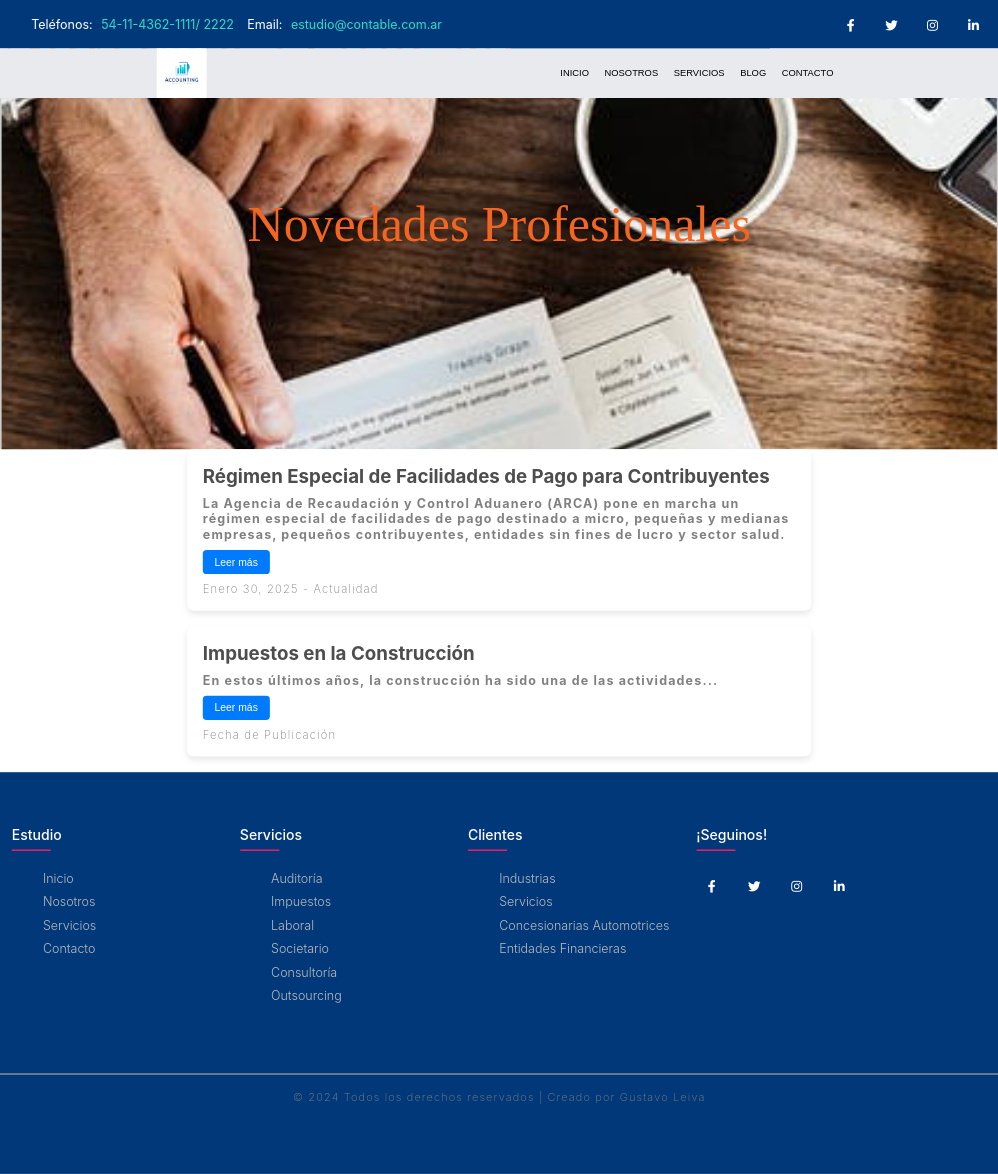
Repository: Gustavo-Leiva/estudioContable
Page: html/blog.html
These files come from the project's save history. The page is drawn as it stood at one moment and after a run of saves; the edit follows.
The browser window is 1280 px wide. The pictures show the whole page, at 78% of full size.
Some web libraries are served in a nearby version.

Above is the page before, as saved 2025-01-31 18:20:34.

### html/blog.html
<!DOCTYPE html>
<html lang="en">
<head>
    <meta charset="UTF-8">
    <meta name="viewport" content="width=device-width, initial-scale=1.0">
    <title>Blog</title>
    <script src="https://kit.fontawesome.com/363b4ef9d0.js" crossorigin="anonymous"></script>
    <link rel="stylesheet" type="text/css" href="https://cdnjs.cloudflare.com/ajax/libs/font-awesome/6.0.0/css/all.min.css">
    <link rel="stylesheet" type="text/css" href="/css/style.css">
    <script src="../js/app.js"></script>
    <script src="../js/app1.js"></script>
</head>
<body>
    <header id="home" class="header">
        <nav class="nav">
            <div class="container-all">
                <div class="container-contacto">
                    <div class="contacto">
                        <ul class="nav-contacto">
                            <li>
                                <span class="contac">Teléfonos:</span>
                                <a href="#" class="phone">54-11-4362-1111/ 2222</a>
                            </li>
                            <li>
                                <span class="contac">Email:</span>
                                <a href="#" class="email">estudio@contable.com.ar</a>
                            </li>
                        </ul>
                    </div>
                    <div class="social-links">
                        <a href="#"><i class="fab fa-facebook-f"></i></a>
                        <a href="#"><i class="fab fa-twitter"></i></a>
                        <a href="#"><i class="fab fa-instagram"></i></a>
                        <a href="#"><i class="fab fa-linkedin-in"></i></a>
                    </div>
                </div>
                <div class="nav-items">
                    <img src="../img/logo2.jpg" alt="Logo del estudio" class="imagen-logo">
                    <button id="abrir" class="abrir-menu"><i class="fas fa-bars"></i></button>
                    <div class="nav-menu" id="nav">
                        <button id="cerrar" class="cerrar-menu"><i class="fa-solid fa-xmark"></i></button>
                        <ul class="nav-list">
                            <li class="menu-item"><a href="/index.html">Inicio</a></li>
                            <li class="menu-item"><a href="/html/nosotros.html">Nosotros</a></li>
                            <li class="menu-item"><a href="/html/servicios.html">Servicios</a></li>
                            <li class="menu-item"><a href="/html/blog.html">Blog</a></li>
                            <li class="menu-item"><a href="/html/contacto.html">Contacto</a></li>
                        </ul>
                    </div>
                </div>
            </div>
        </nav>
    </header>

    <section class="imagenContenedora" id="imagenContenedora">
        <img class="contenedoraBlog" src="../img/blog.jpg" alt="Imagen de blog">
        <h1 class="leyenda">Novedades Profesionales</h1>
    </section>

    <!-- Contenedor donde se cargarán dinámicamente los artículos -->
    <section id="blog-container" class="blog-container"></section>

    <footer class="footer">
        <div class="footer-container">
            <div class="row">
                <div class="footer-col">
                    <h4 class="title">Estudio</h4>
                    <ul>
                        <li><a href="#">Inicio</a></li>
                        <li><a href="#">Nosotros</a></li>
                        <li><a href="#">Servicios</a></li>
                        <li><a href="#">Contacto</a></li>
                    </ul>
                </div>
                <div class="footer-col">
                    <h4 class="title">Servicios</h4>
                    <ul>
                        <li><a href="#">Auditoría</a></li>
                        <li><a href="#">Impuestos</a></li>
                        <li><a href="#">Laboral</a></li>
                        <li><a href="#">Societario</a></li>
                        <li><a href="#">Consultoría</a></li>
                        <li><a href="#">Outsourcing</a></li>
                    </ul>
                </div>
                <div class="footer-col">
                    <h4 class="title">Clientes</h4>
                    <ul>
                        <li><a href="#">Industrias</a></li>
                        <li><a href="#">Servicios</a></li>
                        <li><a href="#">Concesionarias automotrices</a></li>
                        <li><a href="#">Entidades Financieras</a></li>
                    </ul>
                </div>
                <div class="footer-col footer-links">
                    <h4 class="title">¡Seguinos!</h4>
                    <div class="social-links">
                        <a href="#"><i class="fab fa-facebook-f"></i></a>
                        <a href="#"><i class="fab fa-twitter"></i></a>
                        <a href="#"><i class="fab fa-instagram"></i></a>
                        <a href="#"><i class="fab fa-linkedin-in"></i></a>
                    </div>
                </div>
            </div>
        </div>
        <hr>
        <p class="derechos">&copy; 2024 Todos los derechos reservados | Creado por Gustavo Leiva</p>
    </footer>


</body>
</html>

### js/app1.js
document.addEventListener("DOMContentLoaded", function () {
    // Cargar artículos desde el archivo JSON
    fetch("../js/articulos.json")
        .then(response => response.json())  // Convertir la respuesta a JSON
        .then(data => {
            const contenedor = document.querySelector(".blog-container");  // Contenedor donde se mostrarán las tarjetas

            // Iterar sobre los artículos y crear una tarjeta para cada uno
            data.forEach(articulo => {
                const card = document.createElement("div");  // Crear un nuevo contenedor para cada artículo
                card.classList.add("blog-card");  // Añadir clase de estilo a la tarjeta

                // Insertar el contenido de cada artículo dentro de la tarjeta sin los comentarios incorrectos
                card.innerHTML = `
                    <h2>${articulo.titulo}</h2>  <!-- Título del artículo -->
                    <p class="summary">${articulo.resumen}</p>  <!-- Resumen del artículo -->
                    <p class="full-content" style="display: none;">${articulo.contenido}</p>  <!-- Contenido completo (oculto inicialmente) -->
                    <button class="read-more">Leer más</button>  <!-- Botón para mostrar/ocultar el contenido -->
                    <p class="date">${articulo.fecha}</p>  <!-- Fecha de publicación -->
                `;

                contenedor.appendChild(card);  // Añadir la tarjeta al contenedor de artículos
            });

            // Llamar a la función para activar los botones "Leer más"
            inicializarBotones();
        })
        .catch(error => console.error("Error cargando los artículos:", error));  // Manejo de errores

        function inicializarBotones() {
            const botones = document.querySelectorAll('.read-more');

            botones.forEach(button => {
                button.addEventListener('click', function() {
                    const contenido = this.previousElementSibling;  // Obtener el contenido completo
                    if (contenido.style.display === "none") {
                        contenido.style.display = "block";  // Mostrar contenido
                        this.textContent = "Leer menos";  // Cambiar el texto del botón
                    } else {
                        contenido.style.display = "none";  // Ocultar contenido
                        this.textContent = "Leer más";  // Cambiar el texto del botón
                    }
                });
            });
        }
});

Loaded but not shown: js/articulos.json (16 lines, source omitted); js/app.js (25 lines, source omitted); css/style.css (1295 lines, source omitted)

After the next 2 saves:
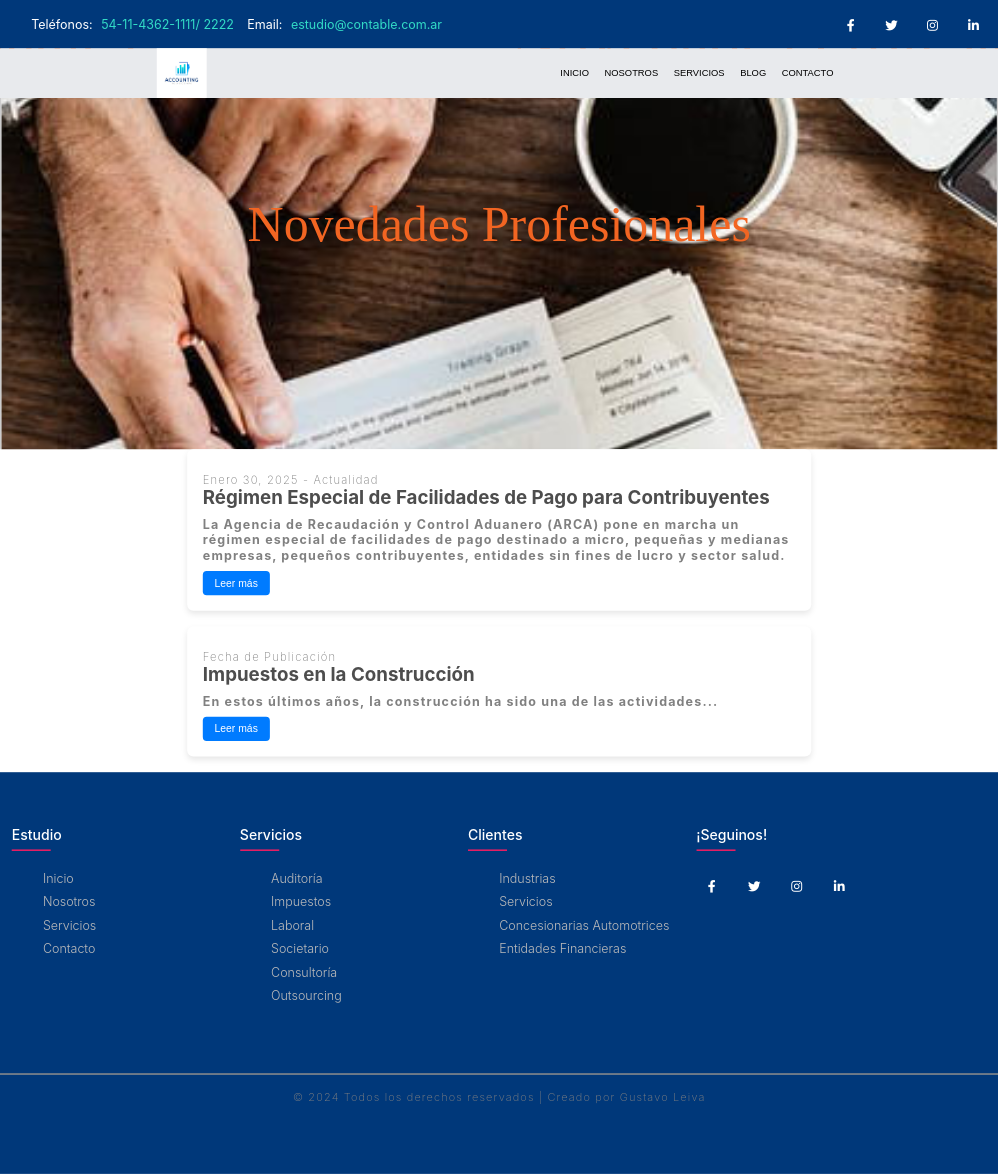
The 2 saves are shown as one change because they came seconds apart.
The last was saved 2 min 15 s later.
--- a/js/app1.js
+++ b/js/app1.js
@@ -12,11 +12,11 @@ document.addEventListener("DOMContentLoaded", function () {
 
                 // Insertar el contenido de cada artículo dentro de la tarjeta sin los comentarios incorrectos
                 card.innerHTML = `
+                    <p class="date">${articulo.fecha}</p>  <!-- Fecha de publicación -->
                     <h2>${articulo.titulo}</h2>  <!-- Título del artículo -->
                     <p class="summary">${articulo.resumen}</p>  <!-- Resumen del artículo -->
                     <p class="full-content" style="display: none;">${articulo.contenido}</p>  <!-- Contenido completo (oculto inicialmente) -->
                     <button class="read-more">Leer más</button>  <!-- Botón para mostrar/ocultar el contenido -->
-                    <p class="date">${articulo.fecha}</p>  <!-- Fecha de publicación -->
                 `;
 
                 contenedor.appendChild(card);  // Añadir la tarjeta al contenedor de artículos
